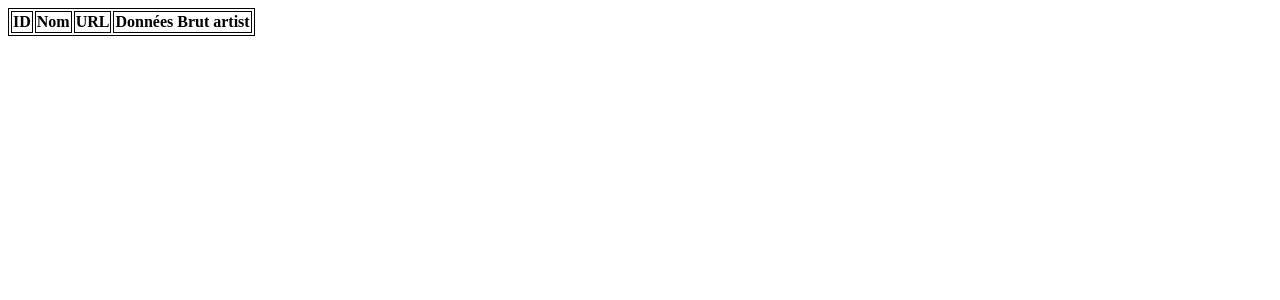
Repository: laurentbul/ApplicationEssai
Page: http://localhost/code/artists.php
An editor plug-in stored every save of this project. The page is shown before and after the next save, followed by the edit.
The browser window is 1280 px wide. The pictures show the whole page.
The page is run by PHP 8.4 with error messages shown; the project is at /var/www/html/. Queries for data that is not in the repository find no rows.

Above is the page before, as saved 2023-04-10 16:46:14.

After the next save:
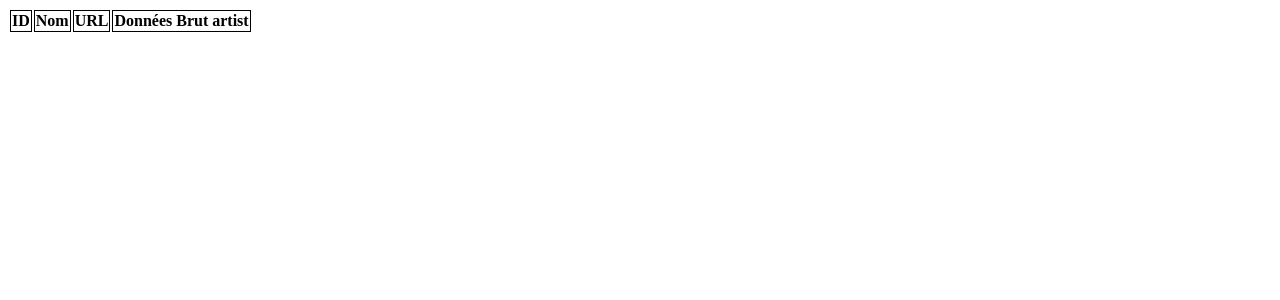
Saved 42 s later.
--- a/ncode/artists.php
+++ b/ncode/artists.php
@@ -25,7 +25,7 @@
     <title>PDO - Liste</title>
 </head>
 <body>
-    <table style="border: 1px solid;">
+    <table style="border: 1px solid  margin: top 20px;">
         <tr style="border: 1px solid;">
             <th  style="border: 1px solid;">ID</th>
             <th  style="border: 1px solid;">Nom</th>

After the 2 saves that followed:
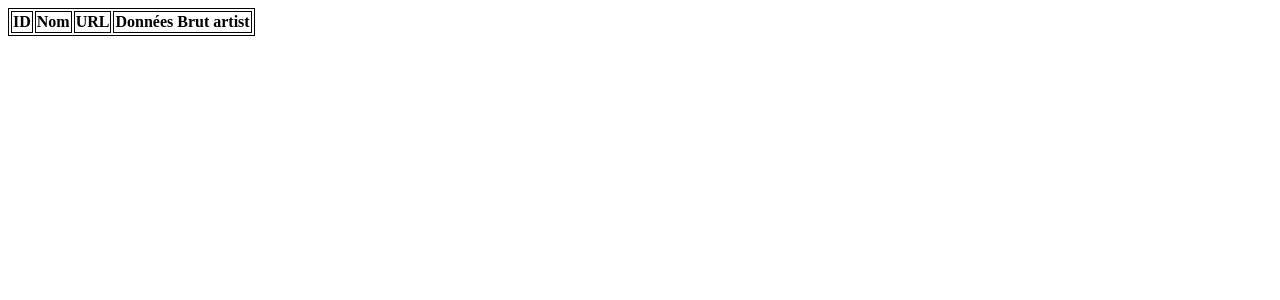
The 2 saves are shown as one change because 1 left the picture as it was.
The last was saved 40 s later.
--- a/ncode/artists.php
+++ b/ncode/artists.php
@@ -25,7 +25,7 @@
     <title>PDO - Liste</title>
 </head>
 <body>
-    <table style="border: 1px solid  margin: top 20px;">
+    <table style="border: 1px solid;  margin: top 200px;">
         <tr style="border: 1px solid;">
             <th  style="border: 1px solid;">ID</th>
             <th  style="border: 1px solid;">Nom</th>
